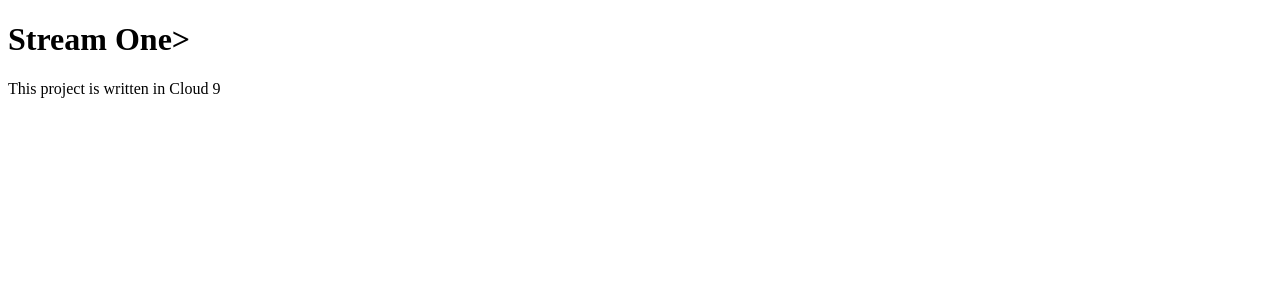
Repository: lennoneb/my-first-website
Page: stream-one.html
The author's editor kept a record of every edit. The page is drawn from the files as they stood at one moment, then again after the next edit.
The browser window is 1280 px wide. The pictures show the whole page.

Above is the page before.

### stream-one.html
<!DOCTYPE html>
<html>
    <head>
        <title>Stream One</title>
    </head>

    <body>
        <nav>
        </nav>
        <h1>Stream One></h1>
        <p>This project is written in Cloud 9</p>
    </body>

</html>

After the next edit:
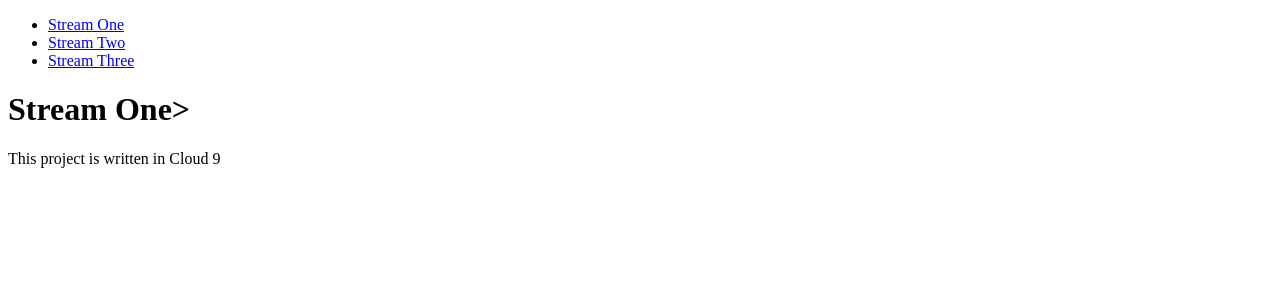
The edit:
--- a/stream-one.html
+++ b/stream-one.html
@@ -6,6 +6,11 @@
 
     <body>
         <nav>
+            <ul>
+                <li><a href="stream-one.html">Stream One</a></li>
+                <li><a href="stream-two.html">Stream Two</a></li>
+                <li><a href="stream-three.html">Stream Three</a></li>
+            </ul>
         </nav>
         <h1>Stream One></h1>
         <p>This project is written in Cloud 9</p>
